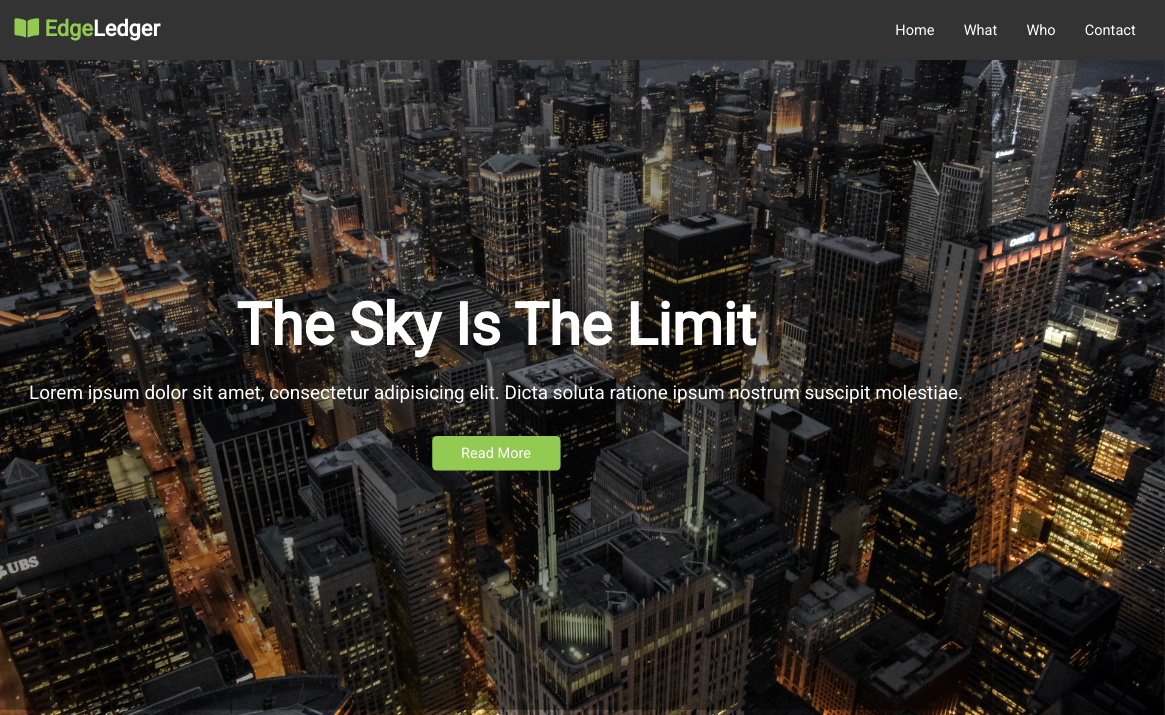
Repository: dimlutine/EdgeLedger
Page: index.html
An editor plug-in stored every save of this project. The page is shown before and after the next save, followed by the edit.
The browser window is 1280 px wide. The pictures show the whole page, at 91% of full size.
Some icons come from a web library that is not loaded, so they are not drawn. Some web libraries are served in a nearby version.

Above is the page before, as saved 2019-07-06 18:59:35.

### index.html
<!DOCTYPE html>
<html lang="en">

<head>
    <meta charset="UTF-8">
    <meta name="viewport" content="width=device-width, initial-scale=1.0">
    <meta http-equiv="X-UA-Compatible" content="ie=edge">
    <link rel="stylesheet" href="https://use.fontawesome.com/releases/v5.6.3/css/all.css" integrity="sha384-UHRtZLI+pbxtHCWp1t77Bi1L4ZtiqrqD80Kn4Z8NTSRyMA2Fd33n5dQ8lWUE00s/" crossorigin="anonymous">
    <link rel="stylesheet" media="screen and (max-width: 768px)" href="css/mobile.css">
    <link rel="stylesheet" media="screeb abd (min-width: 1100px)" href="css/widescreen.css">
    <link rel="stylesheet" href="css/style.css">
    <title>EdgeLedger Financial | Accounting & Investment</title>
</head>

<body id="home">
    <!-- Navbar -->
    <nav id="navbar">
        <h1 class="logo">
            <span class="text-primary"><i class="fas fa-book-open"></i> Edge</span>Ledger
        </h1>
        <ul>
            <li><a href="#home">Home</a></li>
            <li><a href="#what">What</a></li>
            <li><a href="#who">Who</a></li>
            <li><a href="#contacts">Contact</a></li>
        </ul>
    </nav>
    <!-- Header: Showcase -->
    <header id="showcase">
        <div class="showcase-content">
            <h1 class="l-heading">
                The Sky Is The Limit
            </h1>
            <p class="lead">Lorem ipsum dolor sit amet, consectetur adipisicing elit. Dicta soluta ratione ipsum nostrum suscipit molestiae.</p>
            <a href="#what" class="btn">Read More</a>
        </div>
    </header>
</body>

</html>

### css/style.css
@import url('https://fonts.googleapis.com/css?family=Roboto&display=swap');
* {
    margin: 0;
    padding: 0;
}

body {
    font-family: 'Roboto', sans-serif;
    line-height: 1.4;
}

a {
    text-decoration: none;
}

p {
    margin: .75rem 0;
}


/* Utility Classes */

.text-primary {
    color: #93cb52;
}

.l-heading {
    font-size: 4rem;
    margin-bottom: 0.75rem;
    line-height: 1.1;
}

.lead {
    font-size: 1.3rem;
    margin-bottom: 2rem;
}

.btn {
    display: inline-block;
    color: #fff;
    background: #93cb52;
    padding: 0.5rem 2rem;
    border: none;
    border-radius: 5px;
}

.btn:hover {
    background: #7ab436;
}

.btn-dark {
    background: #333;
    color: #fff;
}


/* Navbar */

#navbar {
    display: flex;
    position: sticky;
    top: 0;
    background: #333;
    color: #fff;
    justify-content: space-between;
    z-index: 1;
    padding: 1rem;
}

#navbar ul {
    display: flex;
    align-items: center;
    list-style: none;
}

#navbar ul li a {
    color: #fff;
    padding: 0.75rem;
    margin: 0 0.25rem;
}

#navbar ul li a:hover {
    background: #93cb52;
    border-radius: 5px;
}


/* Showcase */

#showcase {
    background: #333 url(../img/showcase.jpg) no-repeat center center/cover;
    height: 100vh;
    color: #fff;
}

#showcase .showcase-content {
    height: 100%;
    display: flex;
    flex-direction: column;
    justify-content: center;
    text-align: center;
    align-items: center;
    padding: 0 2rem;
    /* Overlay */
    position: absolute;
    top: 60px;
    left: 0;
    background-color: rgba(0, 0, 0, .4);
}

Loaded but not shown: css/mobile.css (no stored copy; drawn as an empty file); css/widescreen.css (no stored copy; drawn as an empty file)

After the next save:
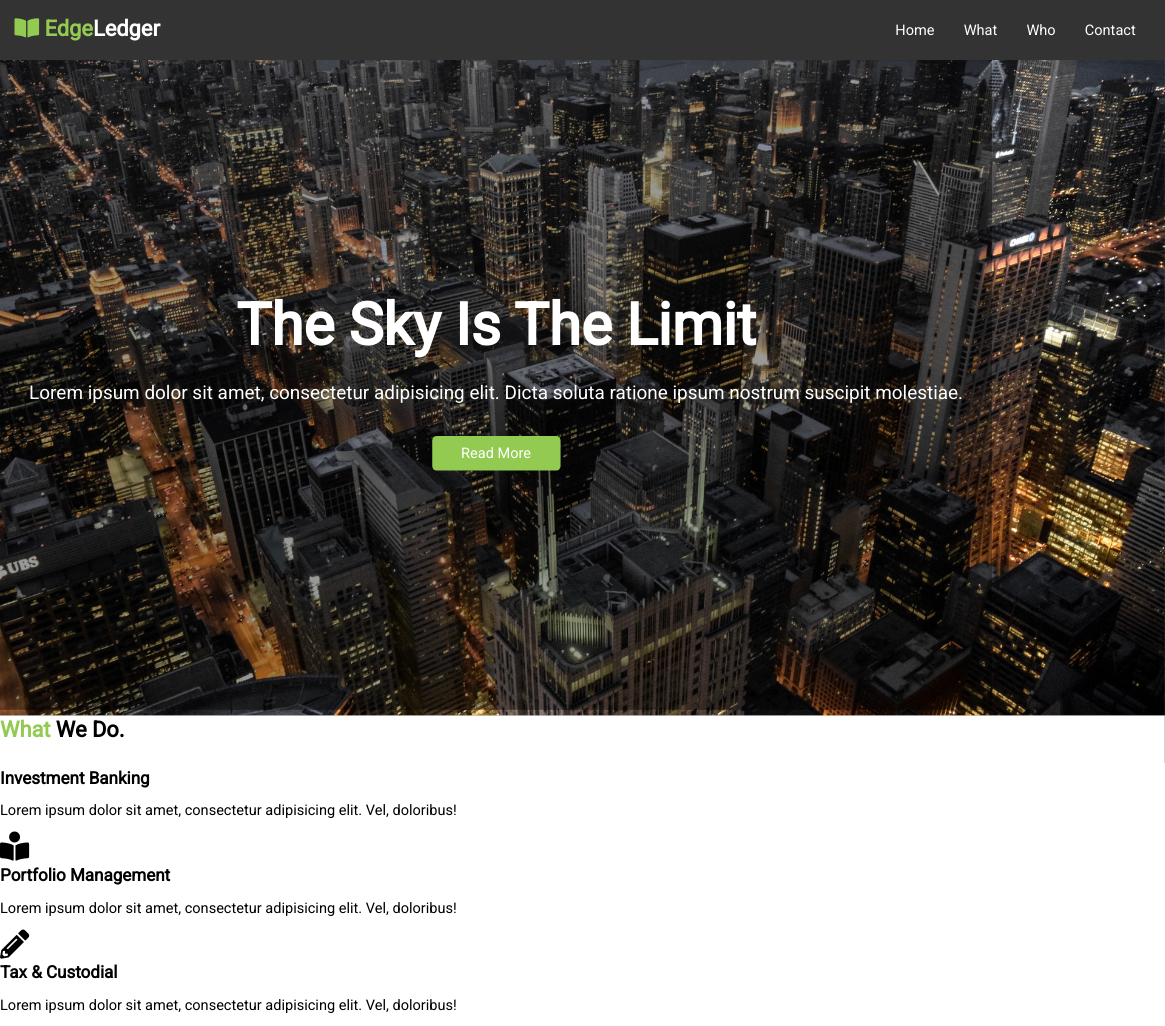
Saved 4 min 4 s later.
--- a/index.html
+++ b/index.html
@@ -35,6 +35,40 @@
             <a href="#what" class="btn">Read More</a>
         </div>
     </header>
+    <!-- Section: What We Do -->
+    <section id="what" class="bg-light py-1">
+        <div class="container">
+            <h2 class="m-heading">
+                <span class="text-primary">What</span> We Do.
+            </h2>
+            <div class="items">
+                <div class="item">
+                    <i class="fas fa-univerity fa-2x"></i>
+                    <div>
+                        <h3>Investment Banking</h3>
+                        <p>Lorem ipsum dolor sit amet, consectetur adipisicing elit. Vel, doloribus!</p>
+
+                    </div>
+                </div>
+                <div class="item">
+                    <i class="fas fa-book-reader fa-2x"></i>
+                    <div>
+                        <h3>Portfolio Management</h3>
+                        <p>Lorem ipsum dolor sit amet, consectetur adipisicing elit. Vel, doloribus!</p>
+
+                    </div>
+                </div>
+                <div class="item">
+                    <i class="fas fa-pencil-alt fa-2x"></i>
+                    <div>
+                        <h3>Tax & Custodial</h3>
+                        <p>Lorem ipsum dolor sit amet, consectetur adipisicing elit. Vel, doloribus!</p>
+
+                    </div>
+                </div>
+            </div>
+        </div>
+    </section>
 </body>
 
 </html>
